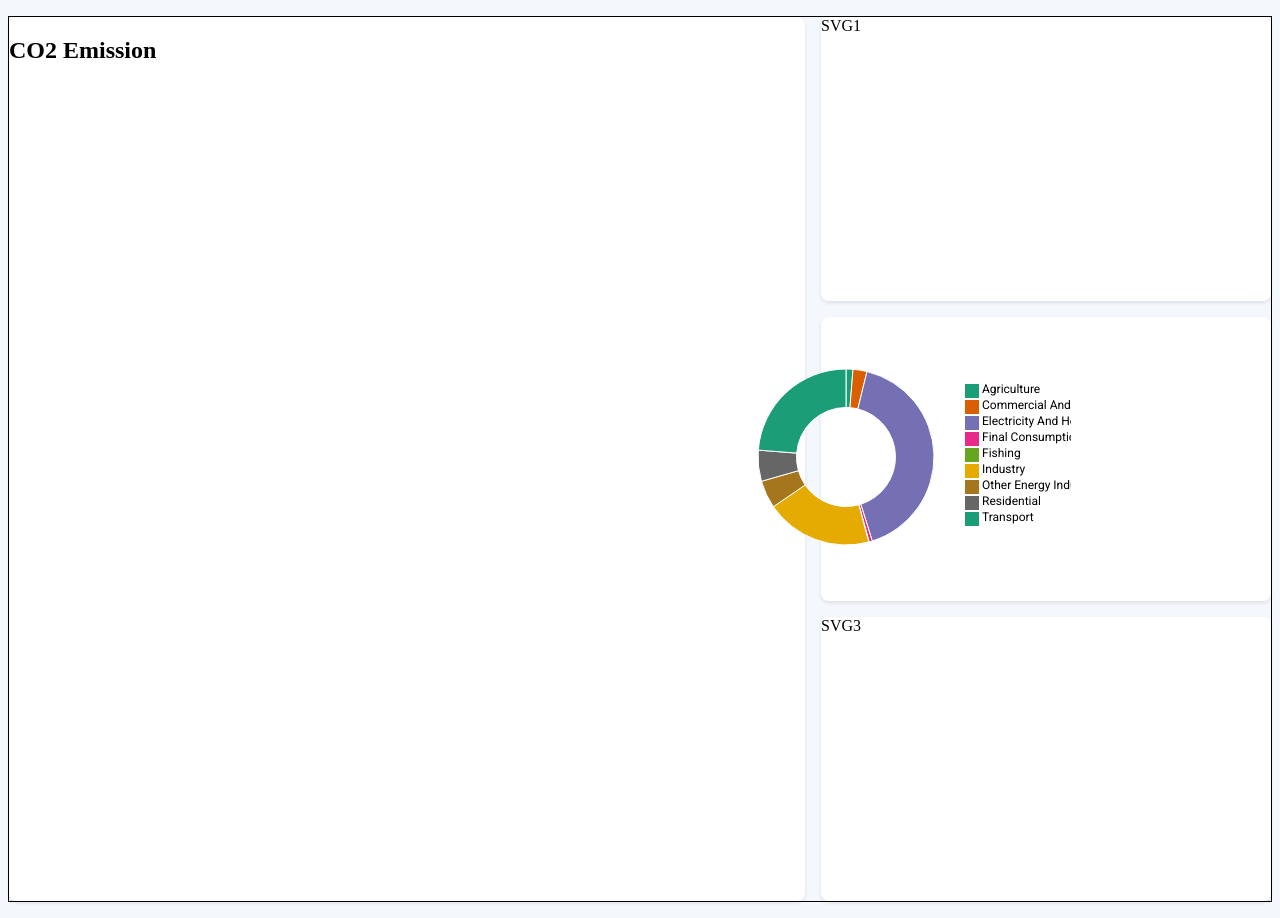
Repository: losmarco/CO2-Emission-Data-Dashboard
Page: index.html
These files come from the project's save history. The page is drawn as it stood at one moment and after the next save; the edit follows.
The browser window is 1280 px wide. The pictures show the whole page.
The style sheet was rebuilt from its Sass, Less or Tailwind sources for each picture, by a compiler version that may differ from the author's.

Above is the page before, as saved 2020-03-29 17:39:01.

### index.html
<!DOCTYPE html>
<html lang="en">
<head>
    <meta charset="UTF-8">
    <meta name="viewport" content="width=device-width, initial-scale=1.0">
    <meta http-equiv="X-UA-Compatible" content="ie=edge">
    <title>CO2 Emission Data Chart</title>

    <link rel="stylesheet" href="style.css">
    <script src="https://d3js.org/d3.v5.min.js"></script>
</head>
<body>
    <div class="container">
        <div class="card main_graph">
            <h2>CO2 Emission</h2>
        </div>


        <div class="card graph1">SVG1</div>
        <div class="card graph2">
            <div id="donut"></div>
        </div>
        <div class="card graph3">SVG3</div>
    </div>
</body>
    <script src="javascript/master.js"></script>
    <script src="javascript/chart.js"></script>
</html>

### javascript/master.js
//Parsing CSV file

### javascript/chart.js
//This document is for d3 related script ( ͡° ͜ʖ ͡°)

//Donut Chart
// set the dimensions and margins of the graph
var width = 450
    height = 280
    margin = 30
// The radius of the pieplot is half the width or half the height (smallest one). I subtract a bit of margin.
var radius = Math.min(width, height) / 2 - margin

//append the svg object to the div called 'donut'
var svg = d3.select("#donut")
            .append("svg")
            .attr("width", width)
            .attr("height", height)
            .append("g")
            .attr("transform", "translate(" + width / 2 + "," + height / 2 + ")");




//Color
var color = d3.scaleOrdinal()
.domain(["Agriculture",
        "Commercial And Public Services",
        "Electricity And Heat Producers",
        "Final Consumption Not Else where Specified",
        "Fishing",
        "Industry",
        "Other Energy Industries",
        "Residential",
        "Transport"])
.range(d3.schemeDark2);

d3.csv("data/world-sector.csv")
  .then(function(csvdata){

    var latestData = csvdata[csvdata.length - 1];

    var agri = parseInt(latestData.agriculture),
        cap = parseInt(latestData.commercialAndPublicServices),
        eahp = parseInt(latestData.electricityAndHeatProducers),
        fcnes = parseInt(latestData.finalConsumptionNotElsewhereSpecified),
        fishing = parseInt(latestData.fishing),
        industry = parseInt(latestData.industry),
        oei = parseInt(latestData.otherEnergyIndustries),
        residential = parseInt(latestData.residential),
        transport = parseInt(latestData.transport);

  const total = (agri + cap + eahp + fcnes + fishing + industry + oei + residential + transport);

  const percent = 100;

  var agri = ((agri/total) * percent).toFixed(2),
      cap = ((cap/total) * percent).toFixed(2),
      eahp = ((eahp/total) * percent).toFixed(2),
      fcnes = ((fcnes/total) * percent).toFixed(2),
      fishing = ((fishing/total) * percent).toFixed(2),
      industry = ((industry/total) * percent).toFixed(2),
      oei = ((oei/total) * percent).toFixed(2),
      residential = ((residential/total) * percent).toFixed(2),
      transport = ((transport/total) * percent).toFixed(2);


  //Final Data
  var data = {"Agriculture": agri,
              "Commercial And Public Services": cap,
              "Electricity And Heat Producers": eahp,
              "Final Consumption Not Else where Specified":fcnes ,
              "Fishing": fishing,
              "Industry":industry,
              "Other Energy Industries": oei,
              "Residential":residential,
              "Transport":transport
            }

  // Compute the position of each group on the pie:
  var pie = d3.pie()
    .sort(null) // Do not sort group by size
    .value(function(d) {return d.value; })
  var data_ready = pie(d3.entries(data))

  // The arc generator + hole size
  var arc = d3.arc()
    .innerRadius(radius * 0.45)
    .outerRadius(radius * 0.8)

  // Build the pie chart: Basically, each part of the pie is a path that we build using the arc function.
  svg.selectAll('allSlices')
      .data(data_ready)
      .enter()
      .append('path')
      .attr('d', arc)
      .attr('fill', function(d){ return(color(d.data.key)) })
      .attr("stroke", "white")
      .attr("transform", "translateX(" + 20 + ")")
      .style("stroke-width", "1px")
      .style("opacity", 1)


})//closing tag for d3.csv

//Legend
var legendRectSize = 12;
var legendSpacing = 4;

var legend = svg.selectAll('.legend')
                .data(color.domain())
                .enter()
                .append('g')
                .attr('class', 'legend')
                .attr('transform', function(d, i) {
                  var height = legendRectSize + legendSpacing;
                  var offset =  height * color.domain().length / 2;
                  var horz = 10 * legendRectSize;
                  var vert = i * height - offset;
                  return 'translate(' + horz + ',' + vert + ')';
});


legend.append('rect')
  .attr('width', legendRectSize)
  .attr('height', legendRectSize)
  .style('fill', color)
  .style('stroke', color);

legend.append('text')
  .attr('x', legendRectSize + legendSpacing )
  .attr('y', legendRectSize - legendSpacing)
  .text(function(d) { return d; });


//End of Donut Chart


  // Add the polylines between chart and labels:
  // svg
  //   .selectAll('allPolylines')
  //   .data(data_ready)
  //   .enter()
  //   .append('polyline')
  //     .attr("stroke", "black")
  //     .style("fill", "none")
  //     .attr("stroke-width", 1)
  //     .attr('points', function(d) {
  //       var posA = arc.centroid(d) // line insertion in the slice
  //       var posB = outerArc.centroid(d) // line break: we use the other arc generator that has been built only for that
  //       var posC = outerArc.centroid(d); // Label position = almost the same as posB
  //       var midangle = d.startAngle + (d.endAngle - d.startAngle) / 2 // we need the angle to see if the X position will be at the extreme right or extreme left
  //       posC[0] = radius * 0.95 * (midangle < Math.PI ? 1 : -1); // multiply by 1 or -1 to put it on the right or on the left
  //       return [posA, posB, posC]
  //     })

  // Add the polylines between chart and labels:
  // svg
  //   .selectAll('allLabels')
  //   .data(data_ready)
  //   .enter()
  //   .append('text')
  //     .text( function(d) { console.log(d.data.key) ; return d.data.key } )
  //     .attr('transform', function(d) {
  //         var pos = outerArc.centroid(d);
  //         var midangle = d.startAngle + (d.endAngle - d.startAngle) / 2
  //         pos[0] = radius * 0.99 * (midangle < Math.PI ? 1 : -1);
  //         return 'translate(' + pos + ')';
  //     })
  //     .style('text-anchor', function(d) {
  //         var midangle = d.startAngle + (d.endAngle - d.startAngle) / 2
  //         return (midangle < Math.PI ? 'start' : 'end')
  //     })

### style.scss
//Google Font
@import url('https://fonts.googleapis.com/css2?family=Roboto:ital,wght@0,100;0,300;0,400;0,500;0,700;0,900;1,100;1,300;1,400;1,500;1,700;1,900&display=swap');

// Font
@mixin header{
    font-family: 'Roboto', sans-serif;
    font-weight: 700;
}
@mixin text{
    font-family: 'Roboto', sans-serif;
    font-weight: 500;
    font-size: 12px;
}

// Color
$backgroun-white:#f4f7fc;
$white: #ffffff;
$grey: #828f95;
$black: #252831;
$purple: #7b43a1;
$orange: #ff9824;
$pink: #f2317a;
$primary-green:#58cf6c;
$secondary-green: #43a19e;

//Card
@mixin card-background{
    background-color: $white;
    border-radius: 8px;
    box-shadow: 0 2px 4px rgba(0,0,0,0.04), 0 2px 4px rgba(0,0,0,0.06);
}

body{
    background: $backgroun-white;
}

.container{
    display:grid;
    grid-template-rows: repeat(3, 1fr);
    grid-template-columns:repeat(4, 1fr);
    grid-gap: 1em;
    border: 1px solid black;
    margin: 1em auto;
}

.main_graph{
    grid-row:1/4;
    grid-column: 1/4;
}

.graph1{
    grid-row:1/2;
    grid-column: 4/5;
}

.graph2{
    grid-row:2/3;
    grid-column: 4/5;
    width: 450px;
    svg{
    transform: translateX(-200px);
    }
    .legend {
        font-family: 'Roboto', sans-serif;
        font-size: 12px;
        font-weight:400;
    }
    rect {
        stroke-width: 2;
    }


}

.graph3{
    grid-row:3/4;
    grid-column: 4/5;
}

.card{
    @include card-background;
}
svg{
    margin: 0 auto;

}

After the next save:
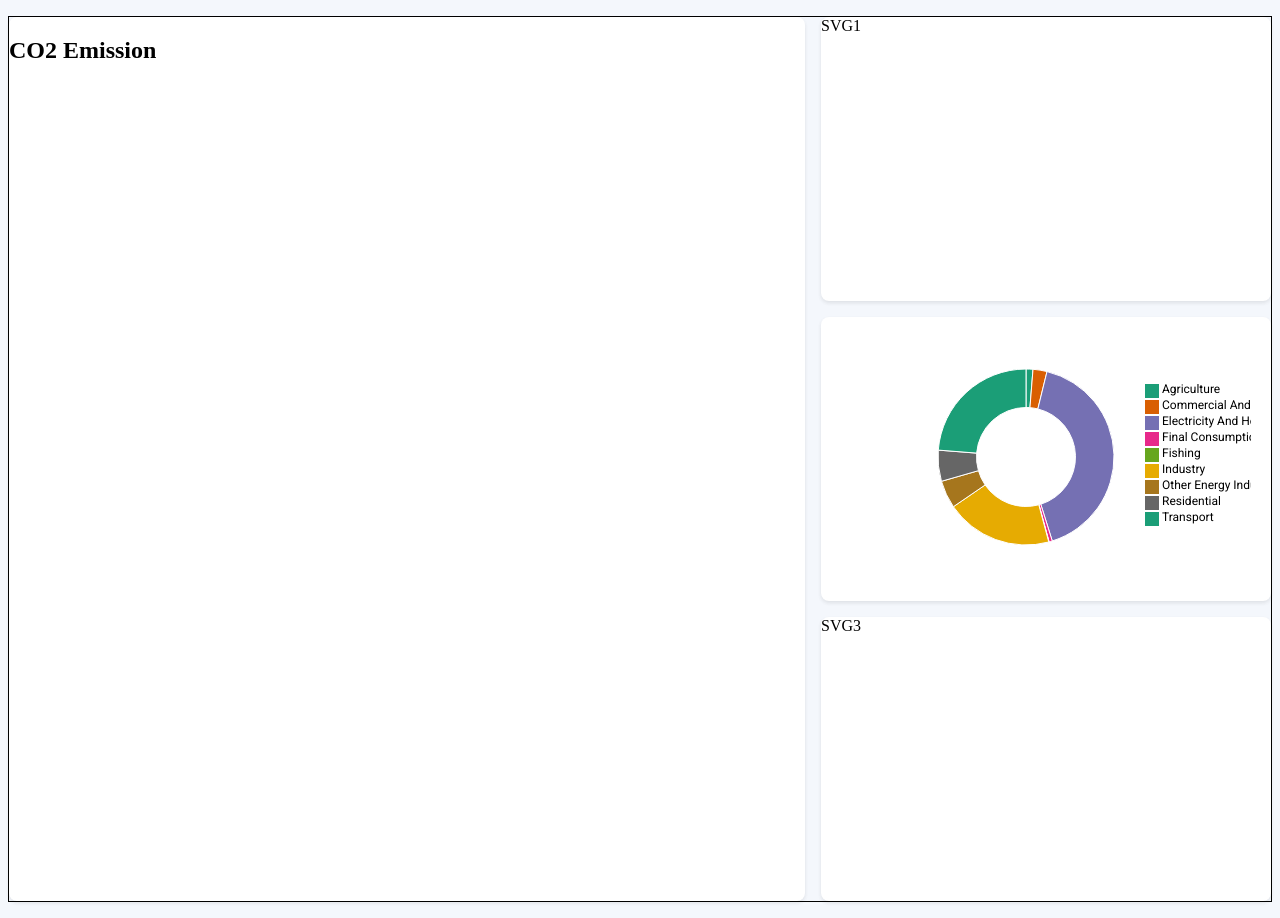
Saved 8 s later.
--- a/style.scss
+++ b/style.scss
@@ -58,7 +58,7 @@ body{
     grid-column: 4/5;
     width: 450px;
     svg{
-    transform: translateX(-200px);
+        transform: translateX(-20px);
     }
     .legend {
         font-family: 'Roboto', sans-serif;
